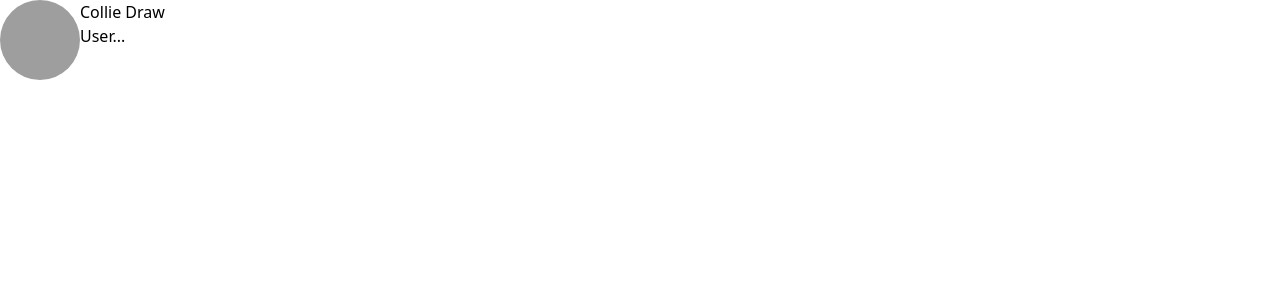
Repository: dcolind/BlockChain-Lotto
Page: /
The author's editor kept a copy of each file at every save. The page is drawn from the files as they stood at one save, then again after the next save.
The browser window is 1280 px wide. The pictures show the whole page.
Pictures or frames that could not be fetched are drawn as grey boxes. The project was rebuilt for these pictures with package versions that can differ from the ones it lists, and the page was loaded fresh each time. The framework's server and built-in components were replaced by stand-ins that run in the browser. Also part of the build but not shown: next.config.js.

Above is the page before, as saved 2022-08-30 11:24:20.

After the next save:
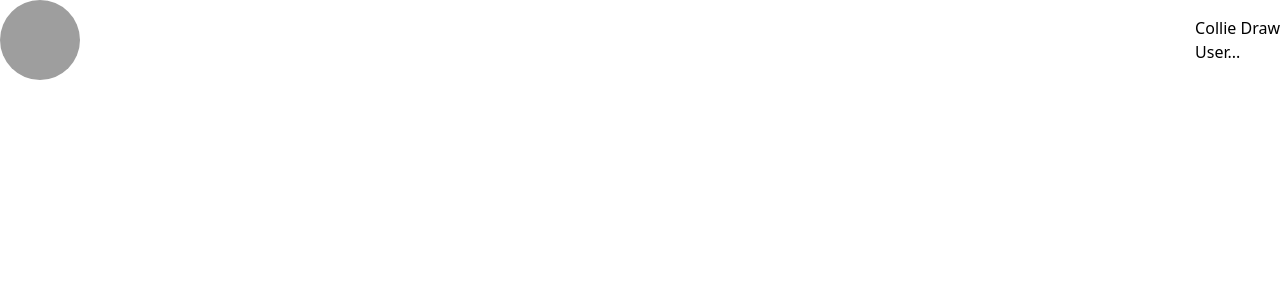
Saved 25 s later.
--- a/components/Header.tsx
+++ b/components/Header.tsx
@@ -3,7 +3,7 @@ import React from 'react'
 function Header() {
   return (
     <div>
-        <div className="flex">
+        <div className="flex justify-between items-center w-full">
            <img className="rounded-full h-20 w-20"
            src="https://i.imgur.com/4h7mAu7.png"
            alt="" />
